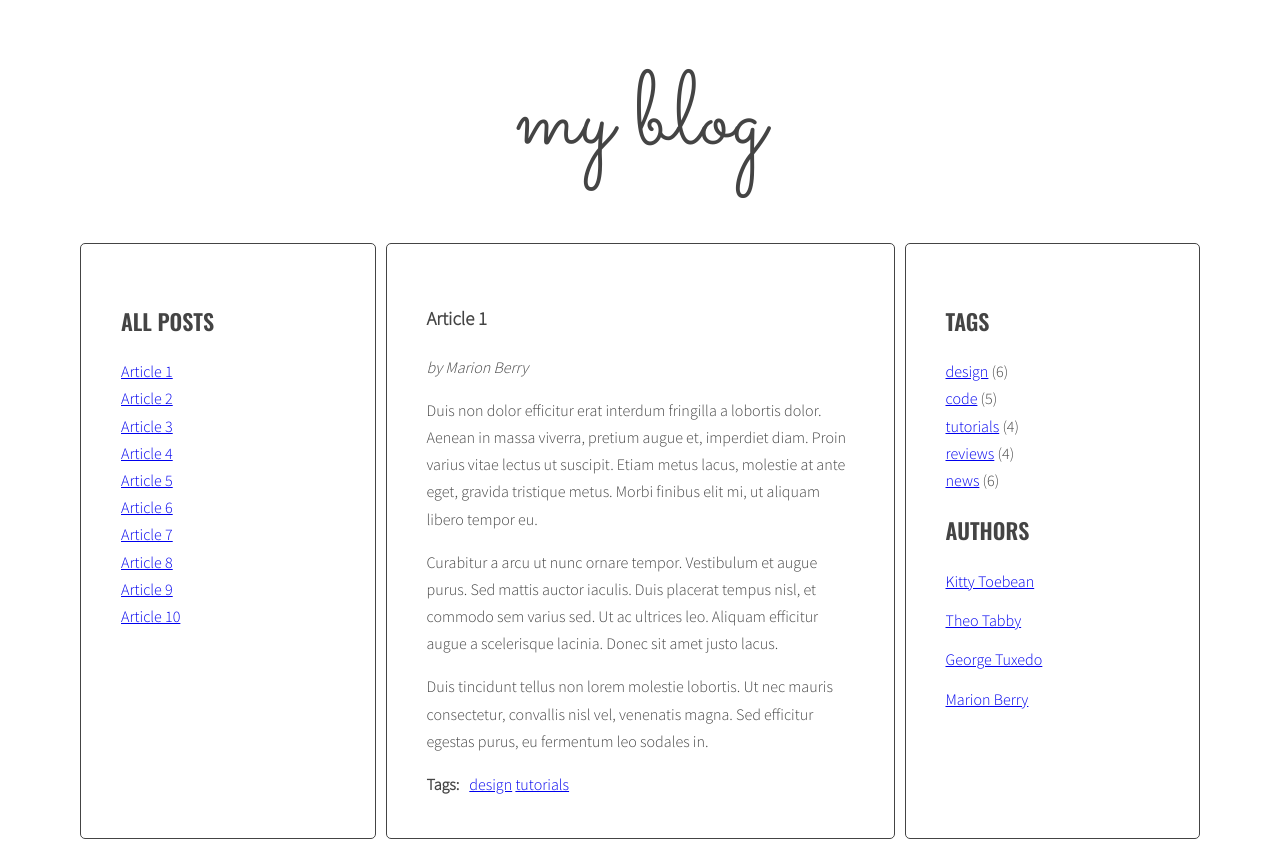
Repository: ulasup/javascript-blog
Page: index.html
The author's editor kept a copy of each file at every save. The page is drawn from the files as they stood at one save, then again after the next save.
The browser window is 1280 px wide. The pictures show the whole page.
After loading, the first visible `a.active` was clicked once.
The style sheet was rebuilt from its Sass, Less or Tailwind sources for each picture, by a compiler version that may differ from the author's.

Above is the page before, as saved 2020-12-12 21:57:53.

After the next save:
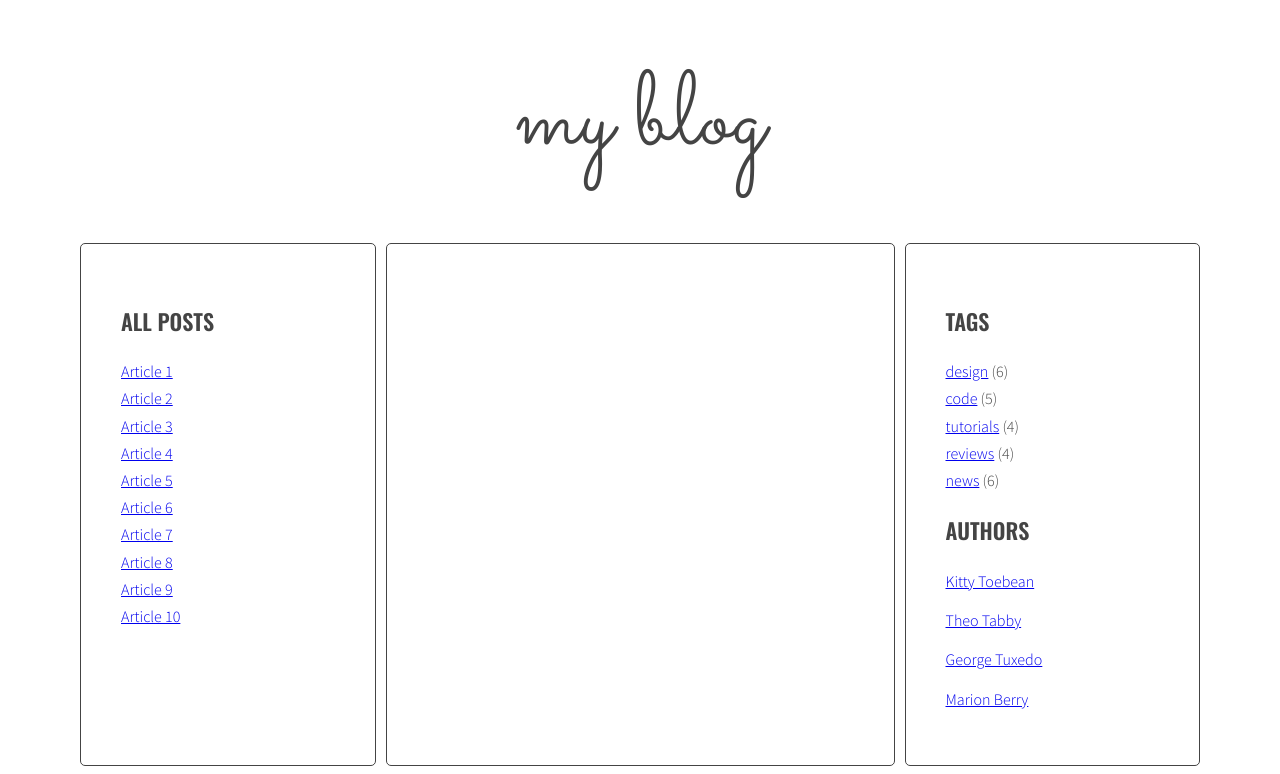
Saved 2 min 4 s later.
--- a/js/script.js
+++ b/js/script.js
@@ -14,7 +14,7 @@
   /* add class 'active' to the clicked link */
 
   /* remove class 'active' from all articles */
-    const activeArticles = document.querySelectorAll('.titles a.active');
+    const activeArticles = document.querySelectorAll('.post.active');
 
     for(let activeArticle of activeArticles){
     activeArticle.classList.remove('active');

After the 3 saves that followed:
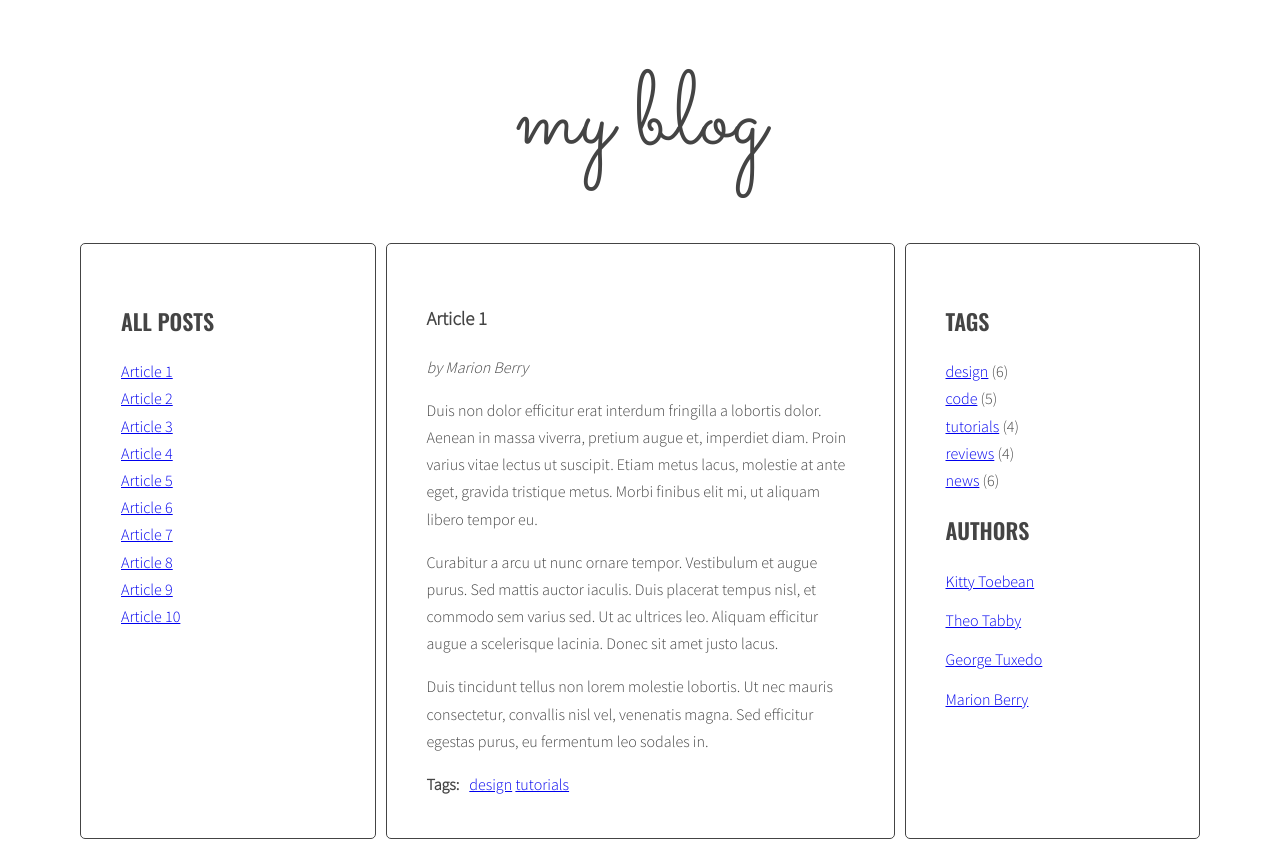
Console error: ReferenceError: Cannot access 'clickedElement' before initialization
The 3 saves are shown as one change because 2 left the picture as it was.
The last was saved 6 min 23 s later.
--- a/js/script.js
+++ b/js/script.js
@@ -4,16 +4,18 @@
     console.log('Link was clicked!');
     console.log(event);
 
-  /* remove class 'active' from all article links  */
+  /* [DONE] remove class 'active' from all article links  */
     const activeLinks = document.querySelectorAll('.titles a.active');
 
     for(let activeLink of activeLinks){
     activeLink.classList.remove('active');
     }
 
-  /* add class 'active' to the clicked link */
+  /* [IN PROGRESS] add class 'active' to the clicked link */
+    console.log('clickedElement:', clickedElement);
+    const clickedElement = this;
 
-  /* remove class 'active' from all articles */
+  /* [DONE] remove class 'active' from all articles */
     const activeArticles = document.querySelectorAll('.post.active');
 
     for(let activeArticle of activeArticles){
